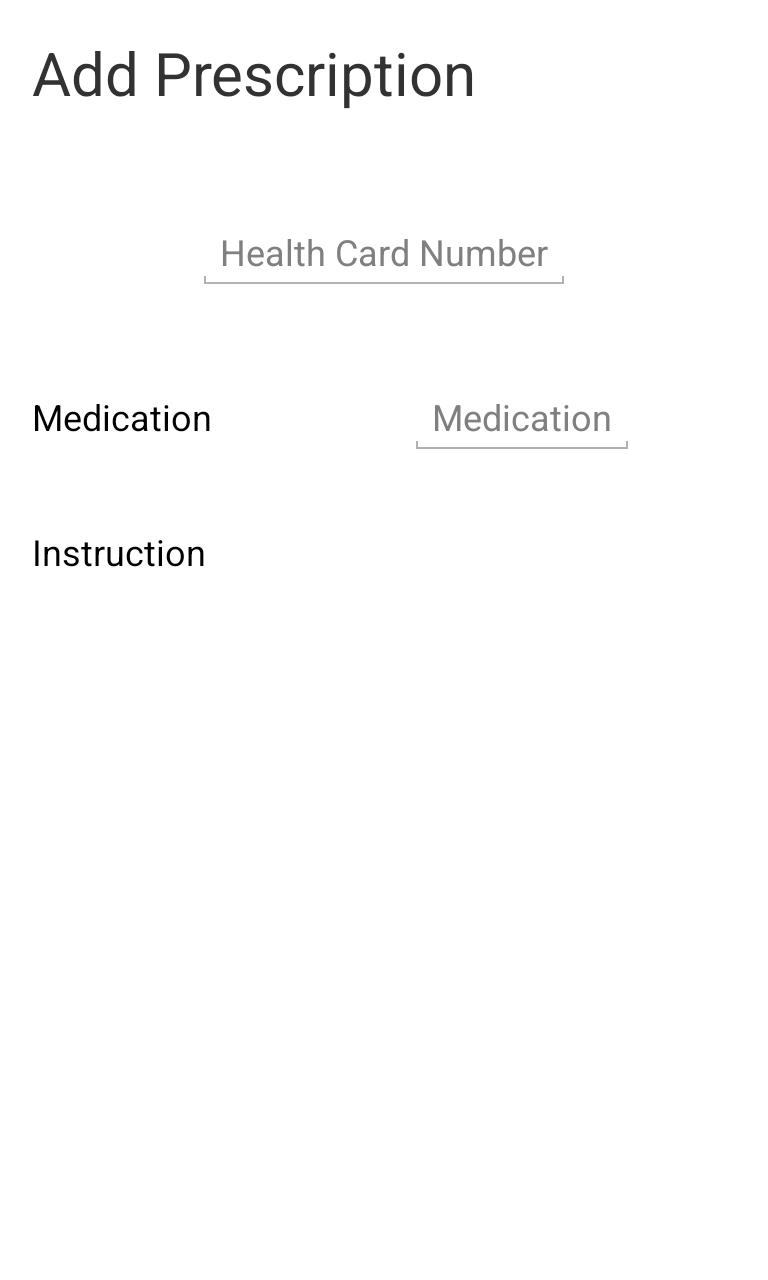
Repository: wangyuan0915/ER
Layout: workspace2/phase3/res/layout/activity_add_prescription.xml
These files come from the project's save history. The layout is drawn as it stood at one moment and after the next save; the edit follows.
It is drawn on a 768 x 1280 px phone screen (xhdpi) without system bars, with theme AppTheme; the app's code is not run.

Above is the layout before, as saved 2013-11-24 20:43:23.

After the next save:
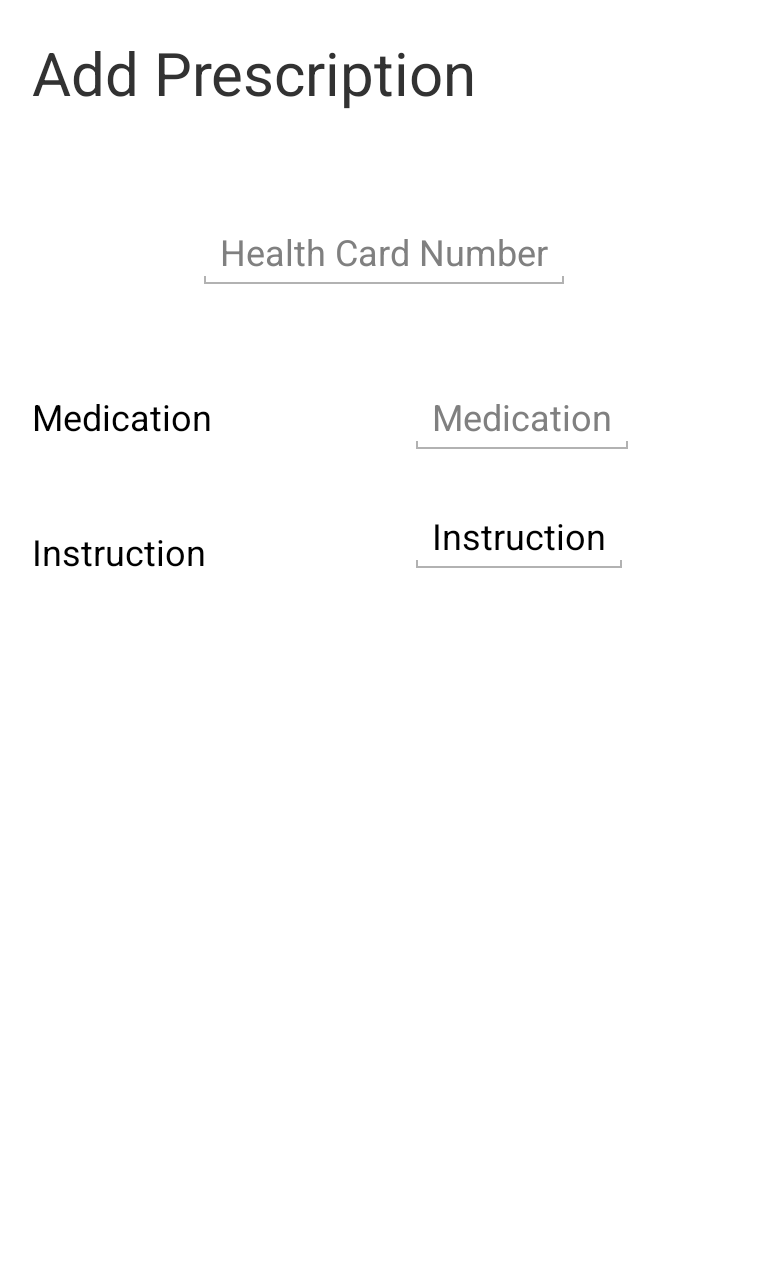
Saved 67 s later.
--- a/workspace2/phase3/res/layout/activity_add_prescription.xml
+++ b/workspace2/phase3/res/layout/activity_add_prescription.xml
@@ -53,6 +53,15 @@
         android:layout_alignLeft="@+id/Medication"
         android:layout_below="@+id/medication"
         android:layout_marginTop="35dp"
+        android:text="@string/Instruction"
+        android:textAppearance="?android:attr/textAppearanceMedium" />
+
+    <EditText
+        android:id="@+id/instruction1"
+        android:layout_width="wrap_content"
+        android:layout_height="wrap_content"
+        android:layout_alignBottom="@+id/instruction"
+        android:layout_alignLeft="@+id/medication"
         android:text="Instruction"
         android:textAppearance="?android:attr/textAppearanceMedium" />
 
